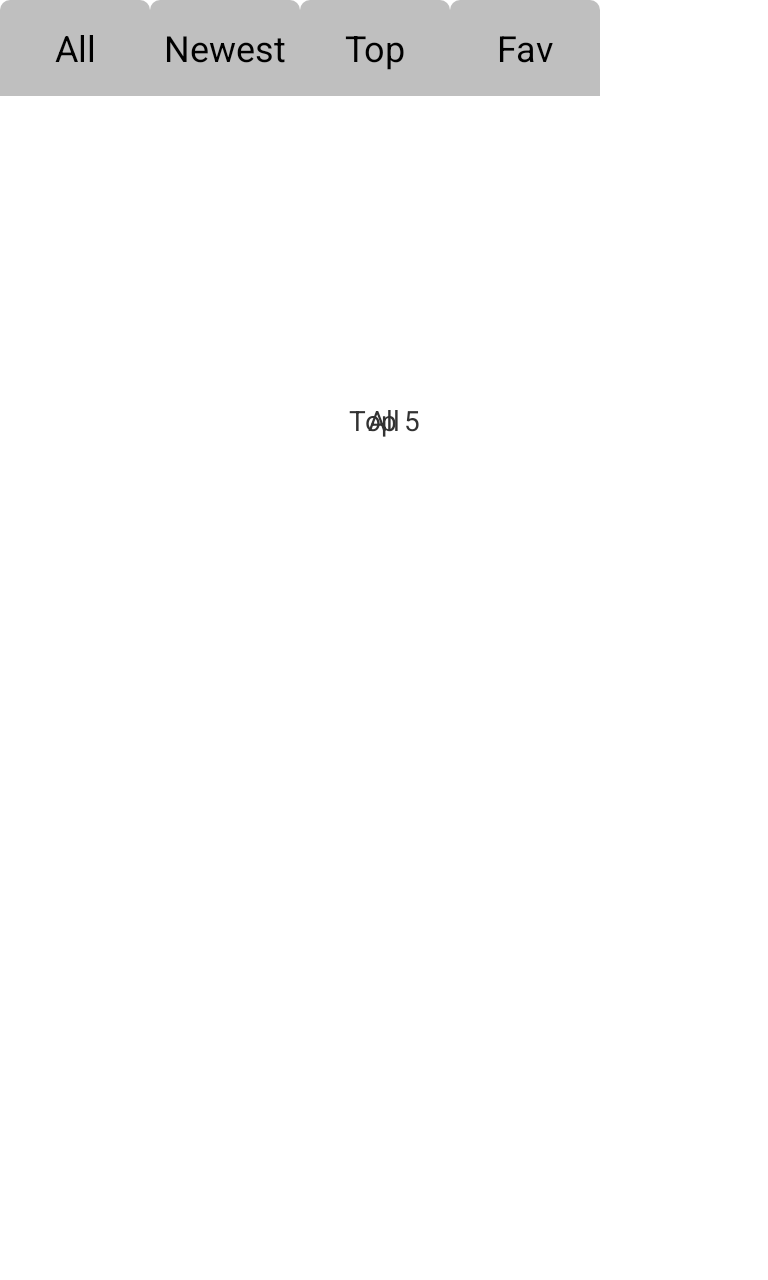
Repository: paceuniversity/gsd2014-team5
Layout: workspace/HealthyEating/res/layout/home_page.xml
An editor plug-in stored every save of this project. The layout is shown before and after the next save, followed by the edit.
It is drawn on a 768 x 1280 px phone screen (xhdpi) without system bars, with theme AppTheme; the app's code is not run. Lists and similar views that code fills are empty.

Above is the layout before, as saved 2014-04-14 21:13:27.

After the next save:
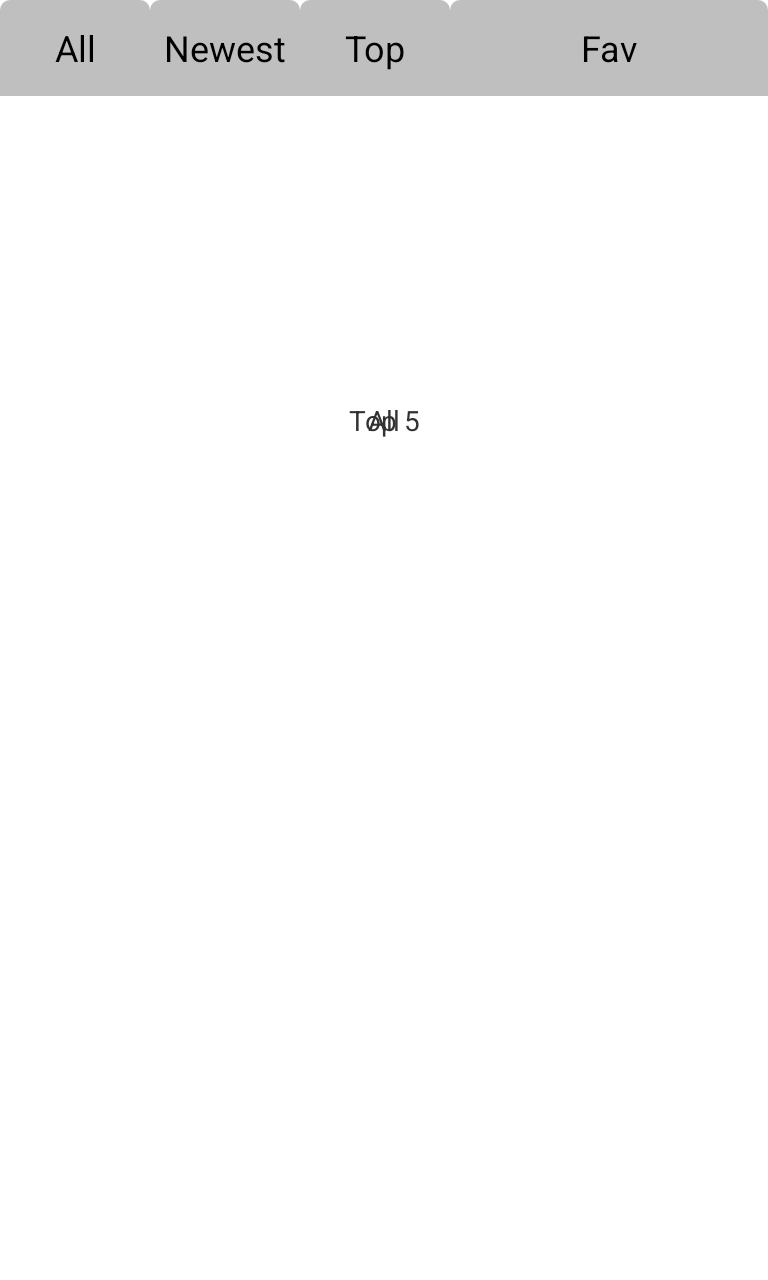
Saved 65 s later.
--- a/workspace/HealthyEating/res/layout/home_page.xml
+++ b/workspace/HealthyEating/res/layout/home_page.xml
@@ -95,7 +95,7 @@
 
                     <Button
                     android:id="@+id/favRecipesB"
-                    android:layout_width="75dp"
+                    android:layout_width="fill_parent"
                     android:layout_height="wrap_content"
                     android:background="@drawable/textlview_rounded_corners"
                     android:text="Fav"/>
